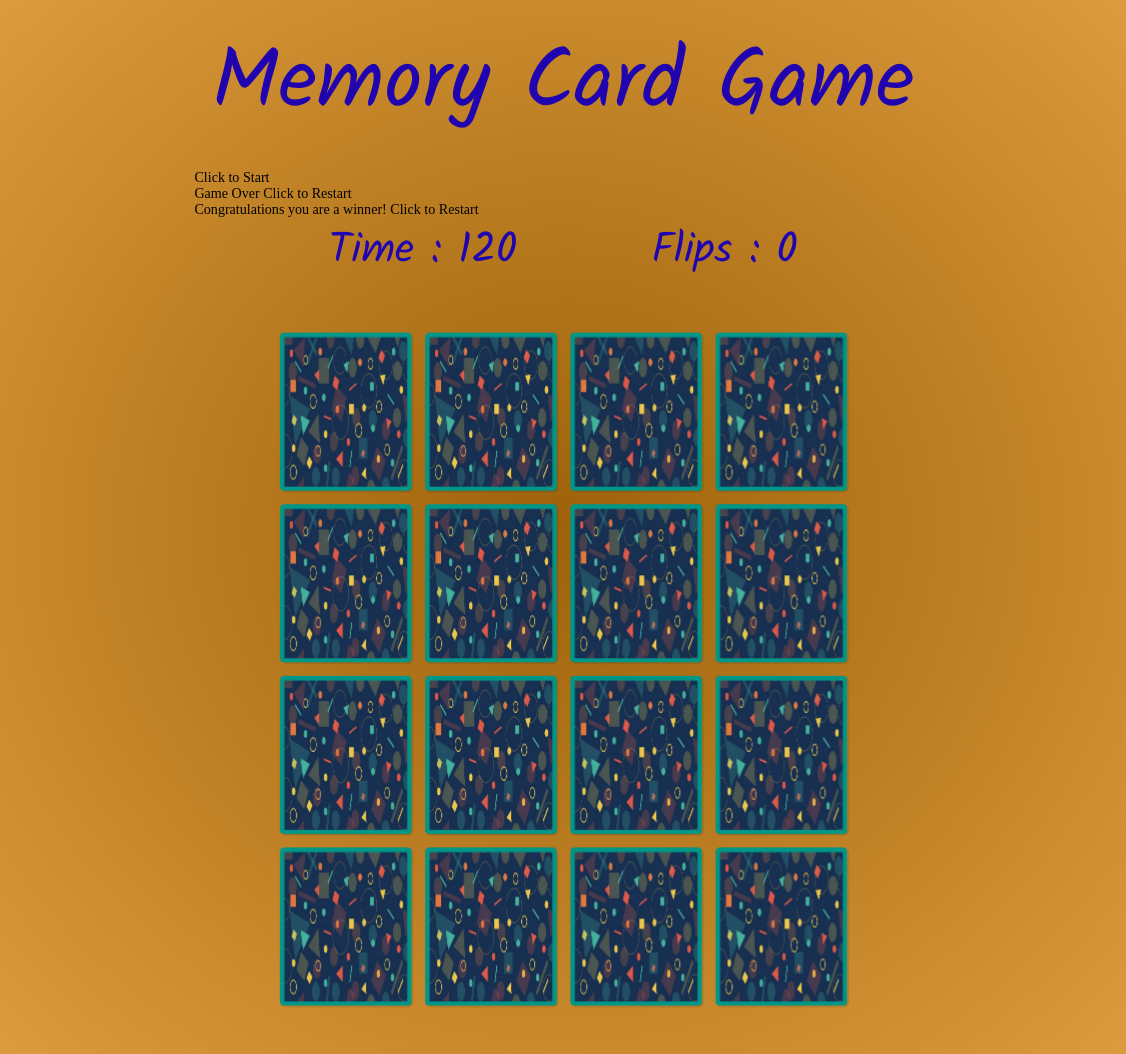
Repository: claudiadanaila1/Project-2--Interactive-FrontEnd---Memory-game
Page: index.html
The author's editor kept a record of every edit. The page is drawn from the files as they stood at one moment, then again after the next edit.
The browser window is 1280 px wide. The pictures show the whole page, at 88% of full size.

Above is the page before.

### index.html
<!DOCTYPE html>
<html lang="en">
<head>
    <meta charset="UTF-8">
    <meta name="viewport" content="width=device-width, initial-scale=1.0">
    <meta http-equiv="X-UA-Compatible" content="ie=edge">
    <link rel="stylesheet" href="css/style.css" type="text/css" />
    <title>Memory Card Game</title>
</head>
<body>
    <h1 class="title">Memory Card Game</h1>

    <div class="text-game ">Click to Start</div>
    <div class="text-game" id="game-over-text">Game Over
    <span class="text-game-restart">Click to Restart</span>
    </div>
    <div class ="text-game" id="victory-text">Congratulations you are a winner!
    <span class="text-game-restart">Click to Restart</span>
    </div>

    <div class="game-info-container">
      <div class="game-info">
        Time : <span id="time-remaining">120</span>
      </div>
      <div class="game-info">
        Flips : <span id="flips">0</span>
      </div>
    </div>

  <section class="memory-game-container">
      <div class="memory-card" data-card="jelly1">
          <img class="card-front" src="assets/images/jelly1.jpg" alt="jelly-fish"/>
          <img class="card-back"  src="assets/images/background1.jpg" alt="pattern" />
      </div>
      <div class="memory-card" data-card="jelly1">
          <img class="card-front" src="assets/images/jelly1.jpg" alt="jelly-fish"/>
          <img class="card-back"  src="assets/images/background1.jpg" alt="pattern" />
      </div>
      <div class="memory-card" data-card="jelly2">
          <img class="card-front" src="assets/images/jelly2.jpg" alt="jelly-fish"/>
          <img class="card-back"  src="assets/images/background1.jpg" alt="pattern" />
      </div>
      <div class="memory-card" data-card="jelly2">
          <img class="card-front" src="assets/images/jelly2.jpg" alt="jelly-fish"/>
          <img class="card-back"  src="assets/images/background1.jpg" alt="pattern" />
      </div>
      <div class="memory-card" data-card="jelly3">
          <img class="card-front" src="assets/images/jelly3.jpg" alt="jelly-fish"/>
          <img class="card-back"  src="assets/images/background1.jpg" alt="pattern" />
      </div>
      <div class="memory-card" data-card="jelly3">
          <img class="card-front" src="assets/images/jelly3.jpg" alt="jelly-fish"/>
          <img class="card-back"  src="assets/images/background1.jpg" alt="pattern" />
      </div>
      <div class="memory-card" data-card="jelly4">
          <img class="card-front" src="assets/images/jelly4.jpg" alt="jelly-fish"/>
          <img class="card-back"  src="assets/images/background1.jpg" alt="pattern" />
      </div>
      <div class="memory-card" data-card="jelly4">
          <img class="card-front" src="assets/images/jelly4.jpg" alt="jelly-fish"/>
          <img class="card-back"  src="assets/images/background1.jpg" alt="pattern" />
      </div>
      <div class="memory-card" data-card="jelly5">
          <img class="card-front" src="assets/images/jelly5.jpg" alt="jelly-fish"/>
          <img class="card-back"  src="assets/images/background1.jpg" alt="pattern" />
      </div>
      <div class="memory-card" data-card="jelly5">
          <img class="card-front" src="assets/images/jelly5.jpg" alt="jelly-fish"/>
          <img class="card-back"  src="assets/images/background1.jpg" alt="pattern" />
      </div>
      <div class="memory-card" data-card="jelly6">
          <img class="card-front" src="assets/images/jelly6.jpg" alt="jelly-fish"/>
          <img class="card-back"  src="assets/images/background1.jpg" alt="pattern" />
      </div>
      <div class="memory-card" data-card="jelly6">
          <img class="card-front" src="assets/images/jelly6.jpg" alt="jelly-fish"/>
          <img class="card-back"  src="assets/images/background1.jpg" alt="pattern" />
      </div>
      <div class="memory-card" data-card="jelly7">
          <img class="card-front" src="assets/images/jelly7.jpg" alt="jelly-fish"/>
          <img class="card-back "  src="assets/images/background1.jpg" alt="lock" />
      </div>
       <div class="memory-card">
          <img class="card-front" src="assets/images/jelly7.jpg" alt="jelly-fish"/>
          <img class="card-back"  src="assets/images/background1.jpg" alt="lock" />
      </div>
      <div class="memory-card">
          <img class="card-front" src="assets/images/jelly8.jpg" alt="jelly-fish"/>
          <img class="card-back"  src="assets/images/background1.jpg" alt="lock" />
      </div>
      <div class="memory-card">
          <img class="card-front" src="assets/images/jelly8.jpg" alt="jelly-fish"/>
          <img class="card-back"  src="assets/images/background1.jpg" alt="lock" />
      </div>

  </section>
  <script type="text/javascript" src="script.js"></script>
</body>
</html>

### css/style.css

@import url('https://fonts.googleapis.com/css?family=Kalam&display=swap');


* {
    padding: 0;
    margin: 0;
    box-sizing: border-box;
}

html {
   min-height: 100vh;
    display: flex;
    background:radial-gradient(#9e620a, #dc9b3c);
}

body{
    margin:auto;
    justify-content:center;
}

/* title and game info container */

.title {
    font-family:"Kalam", sans-serif;
    font-size: 6em;
    text-align: center;
    font-weight: normal;
    color:#1f04af;
    margin:20px;
}

.instructions {
    font-family:"Kalam", sans-serif;
    font-size:2em;
    text-align: center;
    color:black;
    margin:50px;
}

.game-info-container {
    grid-column: 1/-1;
    justify-content:space-evenly;
    display: flex;
    margin-bottom:10px;
}

.game-info {
    font-family: "Kalam", sans-serif;
    font-size:3em;
    color:#1f04af;
}

/* styles for the memory game container and cards */


.memory-game-container {
 display:grid;
  grid-template-columns: repeat(4, auto);
  grid-gap: 5px;
  margin: 50px;
  justify-content: center;
  perspective: 1000px;
}

.memory-card {
  width: 150px;
  height: 180px;
  margin: 5px;
  position: relative;
  transform: scale(1);
  transform-style: preserve-3d;
  transition: transform .5s;
  border-radius:5px;
  box-shadow: 1px 1px 1px rgba(0,0,0,.2);
}

.memory-card:active {
  transform: scale(0.96);
  transition: transform .3s ease-in;
}

.memory-card.flip {
  transform: rotateY(180deg);
}

.card-front,
.card-back {
  width: 100%;
  height: 100%;
  padding: 5px;
  position: absolute;
  border-radius: 5px;
  background: #009688;;
  backface-visibility: hidden;
}

.card-front {
  transform: rotateY(180deg);
}


/* game text for start, victory and game over */

.text-game .instructions {
    font-family: "Kalam", sans-serif;
    color:#0cb5dc;
    position:fixed;
    top:0;
    bottom:0;
    right:0;
    left:0;
    align-items:center;
    justify-content:center;
    z-index: 100;
    display:none;
}

.text-game-restart {
    font-size:1em;
}

.text-game.visible {
    display:flex;
    flex-direction:column;
    animation:text-grow 500ms forwards;
}

@keyframes text-grow {
    from {
    background-color: rgba(0, 0, 0, 0);
    font-size: 0;
  }
  to {
    background-color: rgba(0, 0, 0, .8);
    font-size: 7em;
  }
}


/*media queries game info and memory game containers */

@media (max-width: 600px){
.memory-game-container {
     grid-template-columns: repeat(2, auto);
}
.game-info-container {
    flex-direction: column;
    align-items: center;
  }
}

### script.js
// the Match Game function which contains all functionality of the game
class MatchGame {
    constructor (cards, totalTime){
        this.cardsArray = cards;
        this.totalTime = totalTime;
        this.timeRemaining = totalTime;
        this.timer = document.getElementById('time-remaining');
        this.ticker = document.getElementById('flips');
    }
    // start game function initiate the game
    startGame(){
        this.cardToCheck = null;
        this.totalClicks = 0;
        this.timeRemaining = this.totalTime;
        this.matchedCards = [];
        this.busy = true;
        setTimeout(function ()  {
            this.shuffle();
            this.countDown = this.startCountDown();
            this.busy = false;
        }, 500);
        this.hideCards();
        this.timer.innerText = this.timeRemaining;
        this.ticker.innerText = this.totalClicks;
    }
    // hide the cards when they are not clicked

   hideCards() {
        this.cardsArray.forEach(card => {
           card.classList.remove('flip');
       });
    }

 // flip card function
  flipCard(card) {
      if(this.canFlipCard(card)) {
            this.totalClicks++;
            this.ticker.innerText = this.totalClicks;
            card.classList.add('flip');

            if(this.cardToCheck)
                this.checkForCardMatch(card);
            else
                this.cardToCheck = card;

        }
  }

   //
  checkForCardMatch(card) {
        if(this.getAttribute('data-card') === this.getAttribute(this.cardToCheck)){
            this.cardMatch(card, this.cardToCheck);
       } else {
            this.disableCards(card, this.cardToCheck);
}
        this.cardToCheck = null;
    }

    // card match pushes matched cards to an array

    cardMatch(card1, card2) {
        this.matchedCards.push(card1);
        this.matchedCards.push(card2);
        if(this.matchedCards.length === this.cardsArray.length)
        this.victory();
    }

    // disable cards when they are not a match
    disableCards(card1, card2) {
        this.busy = true;
        setTimeout(() => {
            card1.classList.remove('flip');
            card2.classList.remove('flip');
            this.busy = false;
        }, 1000);
    }
    startCountDown() {
        return setInterval(() => {
            this.timeRemaining--;
            this.timer.innerText = this.timeRemaining;
            if(this.timeRemaining === 0)
                this.gameOver();
        }, 1000);
    }
    gameOver() {
        clearInterval(this.countDown);
        document.getElementById('game-over-text').classList.add('visible');
    }
    victory() {
        clearInterval(this.countDown);
        document.getElementById('victory-text').classList.add('visible');
    }

    shuffle () {
        for(let i = this.cardsArray.length - 1; i > 0; i--) {
            let randIndex = Math.floor(Math.random() * (i+1));
            this.cardsArray[randIndex].style.order = i;
            this.cardsArray[i].style.order = randIndex;
        }
    }

    canFlipCard(card) {
        return !this.busy && !this.matchedCards.includes(card) && card !== this.cardToCheck;
    }


}



function ready() {
    let textGame = Array.from(document.getElementsByClassName('text-game'));
    let cards = Array.from(document.getElementsByClassName('memory-card'));
    let game = new MatchGame(100, cards);

    textGame.forEach( function(textGame) {
        textGame.addEventListener('click', function () {
            textGame.classList.remove('visible');
            game.startGame();
        });
    });
    cards.forEach(function (card) {
    card.addEventListener('click', function () {
        game.flipCard(card);
    });
});
}

if(document.readyState === 'loading') {
    document.addEventListener('DOMContentLoaded', ready());
} else {
    ready();
}

After the next edit:
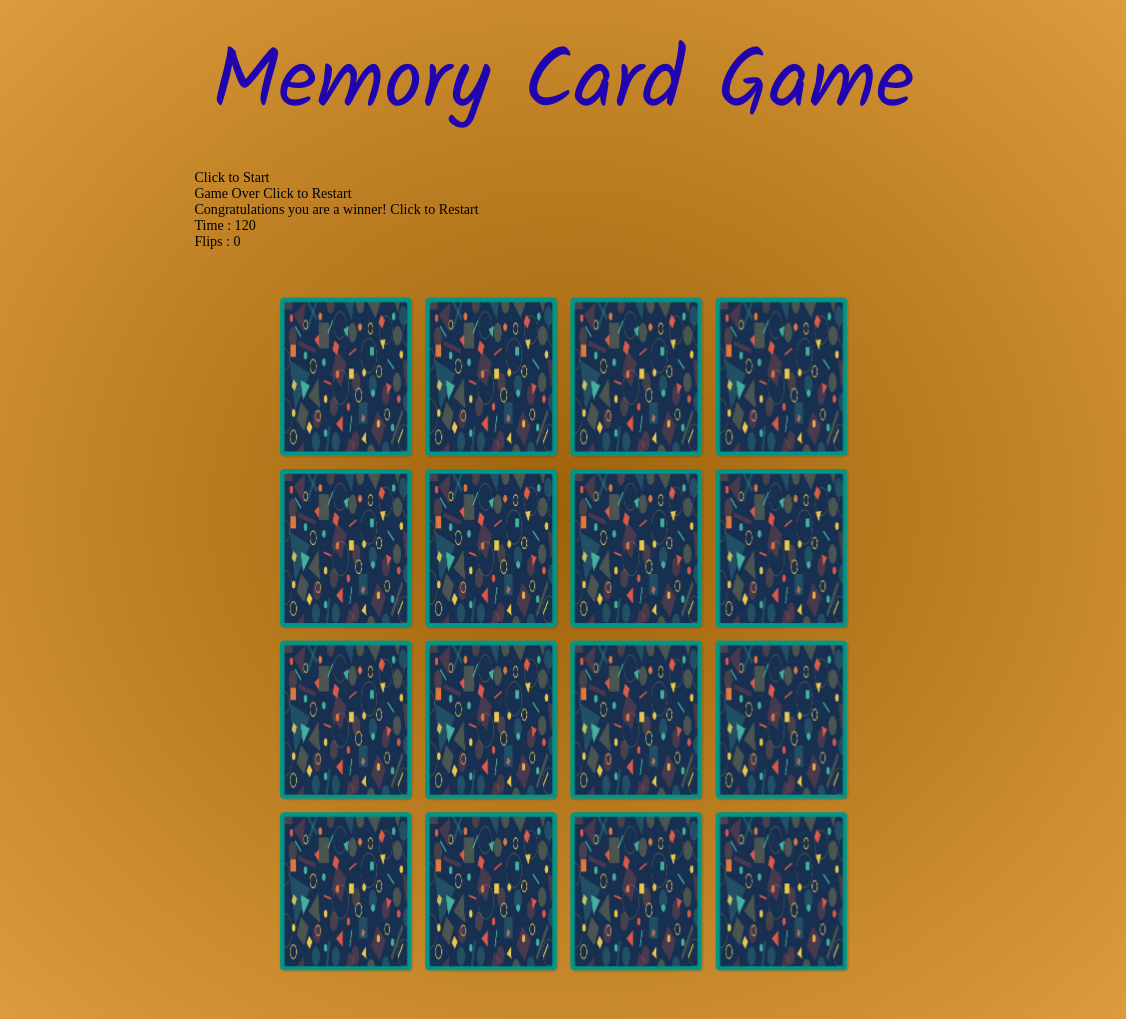
The edit:
--- a/css/style.css
+++ b/css/style.css
@@ -30,7 +30,7 @@
     margin:20px;
 }
 
-.instructions {
+/*.instructions {
     font-family:"Kalam", sans-serif;
     font-size:2em;
     text-align: center;

After the edit that followed:
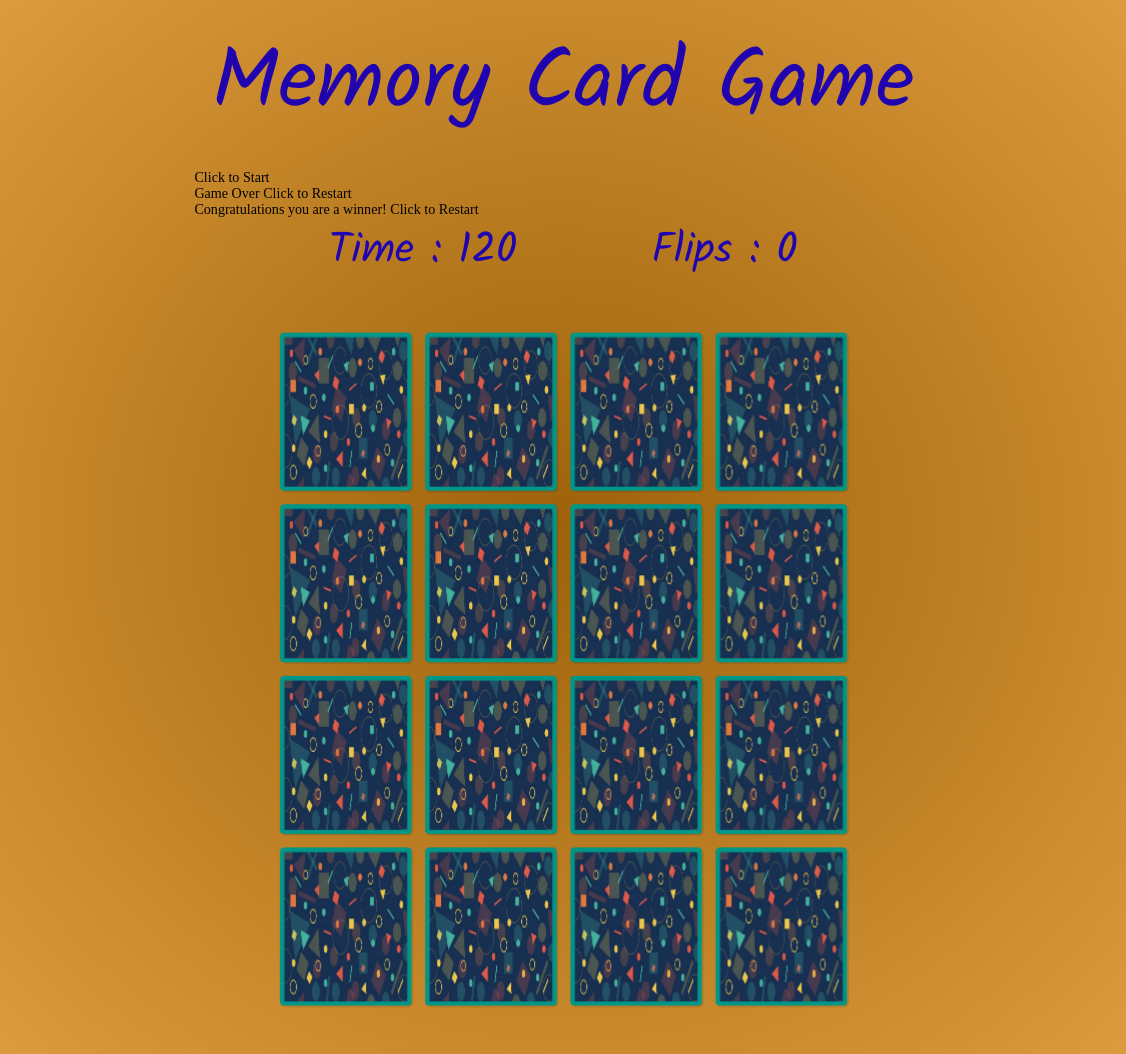
The edit:
--- a/css/style.css
+++ b/css/style.css
@@ -36,7 +36,7 @@
     text-align: center;
     color:black;
     margin:50px;
-}
+}*/
 
 .game-info-container {
     grid-column: 1/-1;
